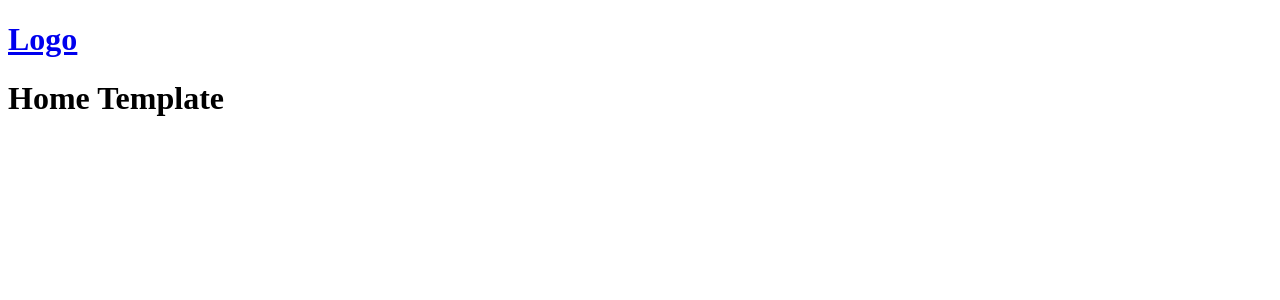
Repository: DZESU/studybug_django
Page: http://localhost/
The author's editor kept a copy of each file at every save. The page is drawn from the files as they stood at one save, then again after the next save.
The browser window is 1280 px wide. The pictures show the whole page.
The page is served by the project's application, run on Django 4.2 (manage.py). Other server files are loaded and not shown.

Above is the page before, as saved 2022-08-01 21:03:09.

### templates/home.html
{% extends 'main.html' %}

{% block content %}
<h1>Home Template</h1>
{% endblock content %}

### templates/main.html
<!DOCTYPE html>
<html lang="en">
<head>
    <meta charset="UTF-8">
    <meta http-equiv="X-UA-Compatible" content="IE=edge">
    <meta name="viewport" content="width=device-width, initial-scale=1.0">
    <title>Pory</title>
</head>
<body>
    {% include 'navbar.html' %}
    {% block content %}

    {% endblock %}
</body>

</html>

### templates/navbar.html
<a href="/">
    <h1>
        Logo
    </h1>
</a>

### base/views.py
from django.http import HttpResponse
from django.shortcuts import render

# Create your views here.
rooms = [

    {'id': 1, 'name': "Learn Pyhton 1"},
    {'id': 2, 'name': "Learn Pyhton 2"},
    {'id': 3, 'name': "Learn Pyhton 3"},
]


def home(request):
    return render(request, 'home.html', {'rooms':rooms})


def room(request):
    return render(request, 'room.html')

### studybud/urls.py
"""studybud URL Configuration

The `urlpatterns` list routes URLs to views. For more information please see:
    https://docs.djangoproject.com/en/4.0/topics/http/urls/
Examples:
Function views
    1. Add an import:  from my_app import views
    2. Add a URL to urlpatterns:  path('', views.home, name='home')
Class-based views
    1. Add an import:  from other_app.views import Home
    2. Add a URL to urlpatterns:  path('', Home.as_view(), name='home')
Including another URLconf
    1. Import the include() function: from django.urls import include, path
    2. Add a URL to urlpatterns:  path('blog/', include('blog.urls'))
"""
from django.contrib import admin
from django.http import HttpResponse
from django.urls import path, include


urlpatterns = [
    path('admin/', admin.site.urls),
    path('', include('base.urls'))

]

### base/urls.py

from django.urls import path
from . import views


urlpatterns = [
    path('', views.home, name='home'),
    path('room/', views.room, name='room'),
]

After the next save:
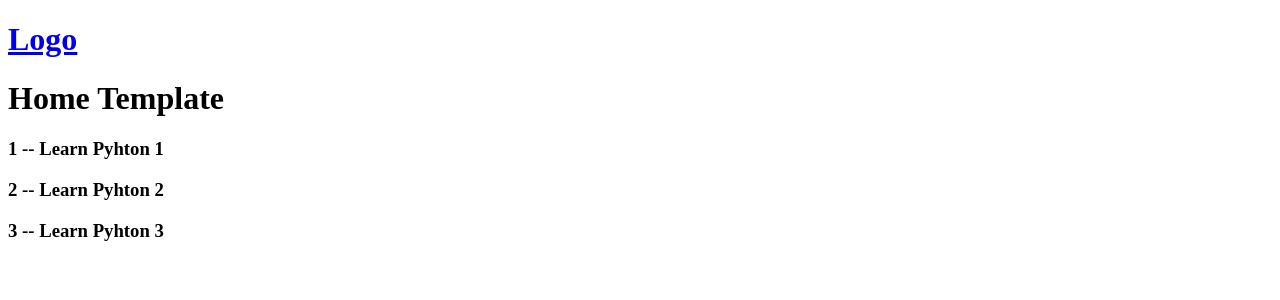
Saved 65 s later.
--- a/templates/home.html
+++ b/templates/home.html
@@ -2,4 +2,16 @@
 
 {% block content %}
 <h1>Home Template</h1>
+
+<div>
+    <div>
+        {% for room in rooms %}
+            <div>
+                <h3>
+                    {{room.id}} -- {{room.name}}
+                </h3>
+            </div>
+        {% endfor %}
+    </div>
+</div>
 {% endblock content %}
